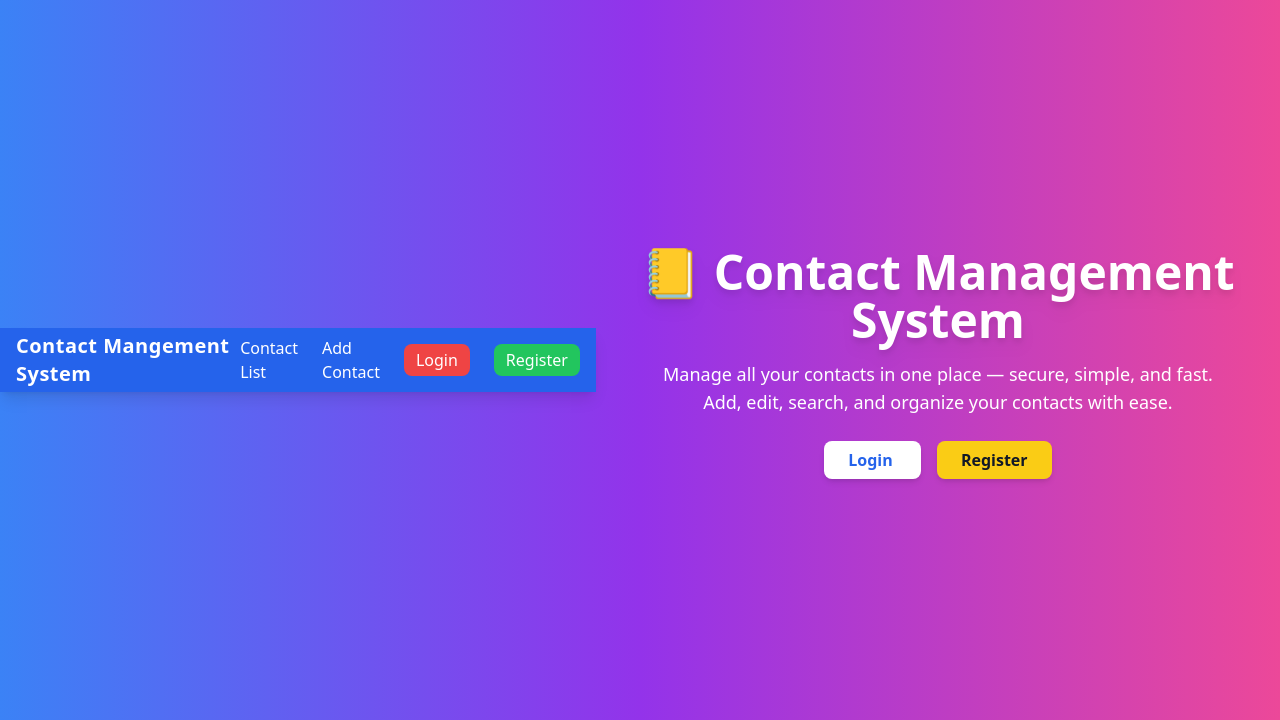
Repository: tauseefthedeveloper/ContactManagementSystem
Page: http://localhost/ContactManagementSystem/
The author's editor kept a copy of each file at every save. The page is drawn from the files as they stood at one save, then again after the next save.
The browser window is 1280 px wide. The pictures show the whole page.
Some web libraries are served in a nearby version. The page is served by Tomcat 9. Other server files are loaded and not shown.

Above is the page before, as saved 2025-09-01 09:42:37.

### ContactManagementSystem/src/main/webapp/index.jsp
<%@ page language="java" contentType="text/html; charset=UTF-8"
	pageEncoding="UTF-8"%>
<!DOCTYPE html>
<html>
<head>
<meta charset="UTF-8">
<title>Contact Management System || Home page</title>
<script src="https://cdn.tailwindcss.com"></script>

</head>

<body
	class="h-screen bg-gradient-to-r from-blue-500 via-purple-600 to-pink-500 flex items-center justify-center">
	<div>
		<%@include file="navbar.jsp"%>
	</div>
	<!-- Main Container -->
	<div class="text-center text-white px-6">

		<!-- Title -->
		<h1 class="text-5xl font-extrabold mb-4 drop-shadow-lg">📒
			Contact Management System</h1>

		<!-- Subtitle -->
		<p class="text-lg mb-8 max-w-xl mx-auto">Manage all your contacts
			in one place — secure, simple, and fast. Add, edit, search, and
			organize your contacts with ease.</p>

		<!-- Buttons -->
		<div class="space-x-4">
			<a href="login.jsp"
				class="bg-white text-blue-600 font-semibold px-6 py-2 rounded-lg shadow-md hover:bg-gray-200 transition">
				Login </a> <a href="register.jsp"
				class="bg-yellow-400 text-gray-900 font-semibold px-6 py-2 rounded-lg shadow-md hover:bg-yellow-300 transition">
				Register </a>
		</div>
	</div>

</body>
</html>

### ContactManagementSystem/src/main/webapp/navbar.jsp
<!-- Navbar -->
<nav class="bg-blue-600 text-white shadow-lg">
  <div class="max-w-7xl mx-auto px-4">
    <div class="flex justify-between h-16">

      <!-- Logo / Brand -->
      <div class="flex items-center">
        <a href="dashboard.jsp" class="text-xl font-bold tracking-wide">Contact Mangement System</a>
      </div>

      <!-- Links -->
      <div class="hidden md:flex items-center space-x-6">
        <a href="dashboard.jsp" class="hover:text-gray-200">Contact List</a>
        <a href="add_contact.jsp" class="hover:text-gray-200">Add Contact</a>
        <a href="LogoutServlet" class="bg-red-500 px-3 py-1 rounded-lg hover:bg-red-600">Login</a>
        <a href="LogoutServlet" class="bg-green-500 px-3 py-1 rounded-lg hover:bg-green-600">Register</a>
      </div>

      <!-- Mobile Menu Button -->
      <div class="md:hidden flex items-center">
        <button id="menu-btn" class="focus:outline-none">
          <svg class="w-6 h-6" fill="none" stroke="currentColor" viewBox="0 0 24 24">
            <path stroke-linecap="round" stroke-linejoin="round" stroke-width="2"
              d="M4 6h16M4 12h16M4 18h16"/>
          </svg>
        </button>
      </div>
    </div>
  </div>

  <!-- Mobile Menu -->
  <div id="menu" class="hidden md:hidden bg-blue-700 px-4">
    <a href="dashboard.jsp" class="block py-2 hover:text-gray-300">Dashboard</a>
    <a href="add_contact.jsp" class="block py-2 hover:text-gray-300">Add Contact</a>
    <a href="profile.jsp" class="block py-2 hover:text-gray-300">Profile</a>
    <a href="LogoutServlet" class="block py-2 text-red-300 hover:text-red-400">Logout</a>
  </div>
</nav>

<!-- Script for Mobile Menu -->
<script>
  const btn = document.getElementById('menu-btn');
  const menu = document.getElementById('menu');

  btn.addEventListener('click', () => {
    menu.classList.toggle('hidden');
  });
</script>

After the next save:
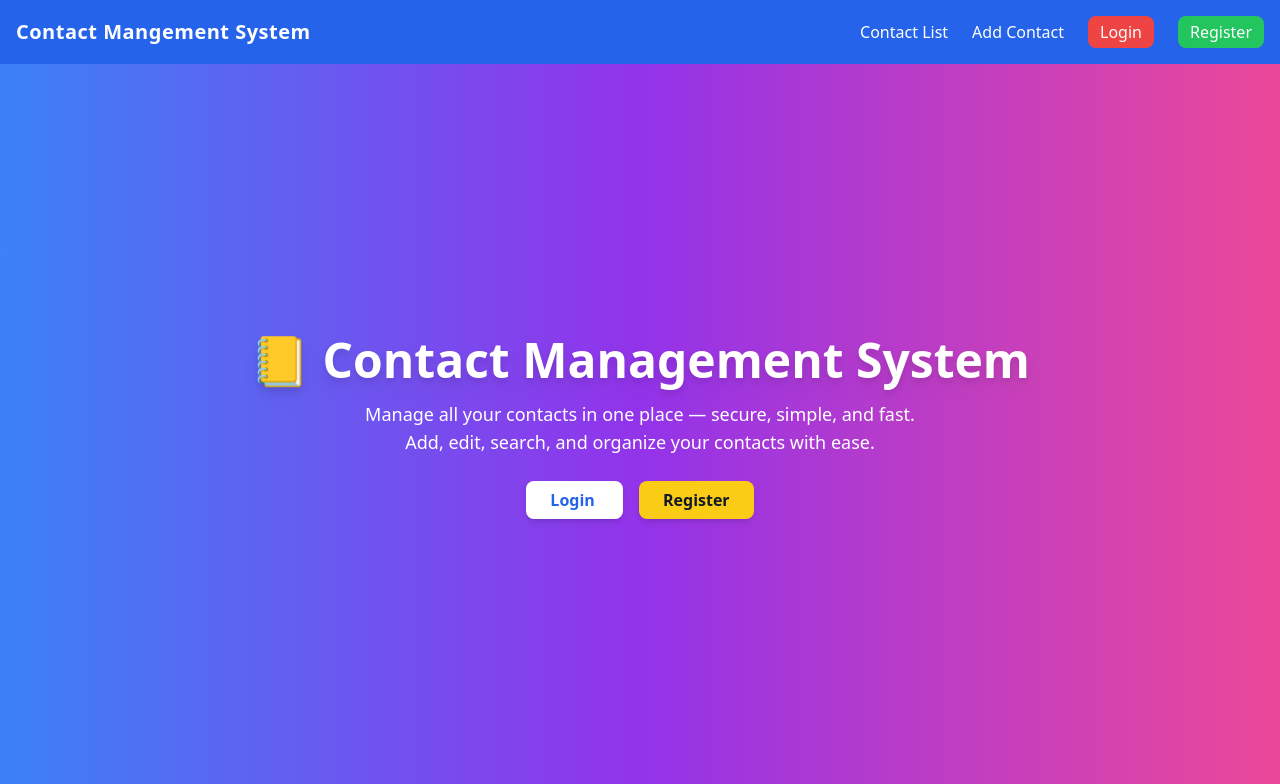
Saved 60 s later.
--- a/ContactManagementSystem/src/main/webapp/index.jsp
+++ b/ContactManagementSystem/src/main/webapp/index.jsp
@@ -9,32 +9,34 @@
 
 </head>
 
-<body
-	class="h-screen bg-gradient-to-r from-blue-500 via-purple-600 to-pink-500 flex items-center justify-center">
+<body>
 	<div>
 		<%@include file="navbar.jsp"%>
 	</div>
-	<!-- Main Container -->
-	<div class="text-center text-white px-6">
+	<div
+		class="h-screen bg-gradient-to-r from-blue-500 via-purple-600 to-pink-500 flex items-center justify-center">
+		<div class="text-center text-white px-6">
 
-		<!-- Title -->
-		<h1 class="text-5xl font-extrabold mb-4 drop-shadow-lg">📒
-			Contact Management System</h1>
+			<!-- Title -->
+			<h1 class="text-5xl font-extrabold mb-4 drop-shadow-lg">📒
+				Contact Management System</h1>
 
-		<!-- Subtitle -->
-		<p class="text-lg mb-8 max-w-xl mx-auto">Manage all your contacts
-			in one place — secure, simple, and fast. Add, edit, search, and
-			organize your contacts with ease.</p>
+			<!-- Subtitle -->
+			<p class="text-lg mb-8 max-w-xl mx-auto">Manage all your contacts
+				in one place — secure, simple, and fast. Add, edit, search, and
+				organize your contacts with ease.</p>
 
-		<!-- Buttons -->
-		<div class="space-x-4">
-			<a href="login.jsp"
-				class="bg-white text-blue-600 font-semibold px-6 py-2 rounded-lg shadow-md hover:bg-gray-200 transition">
-				Login </a> <a href="register.jsp"
-				class="bg-yellow-400 text-gray-900 font-semibold px-6 py-2 rounded-lg shadow-md hover:bg-yellow-300 transition">
-				Register </a>
+			<!-- Buttons -->
+			<div class="space-x-4">
+				<a href="login.jsp"
+					class="bg-white text-blue-600 font-semibold px-6 py-2 rounded-lg shadow-md hover:bg-gray-200 transition">
+					Login </a> <a href="register.jsp"
+					class="bg-yellow-400 text-gray-900 font-semibold px-6 py-2 rounded-lg shadow-md hover:bg-yellow-300 transition">
+					Register </a>
+			</div>
 		</div>
 	</div>
 
+
 </body>
 </html>
